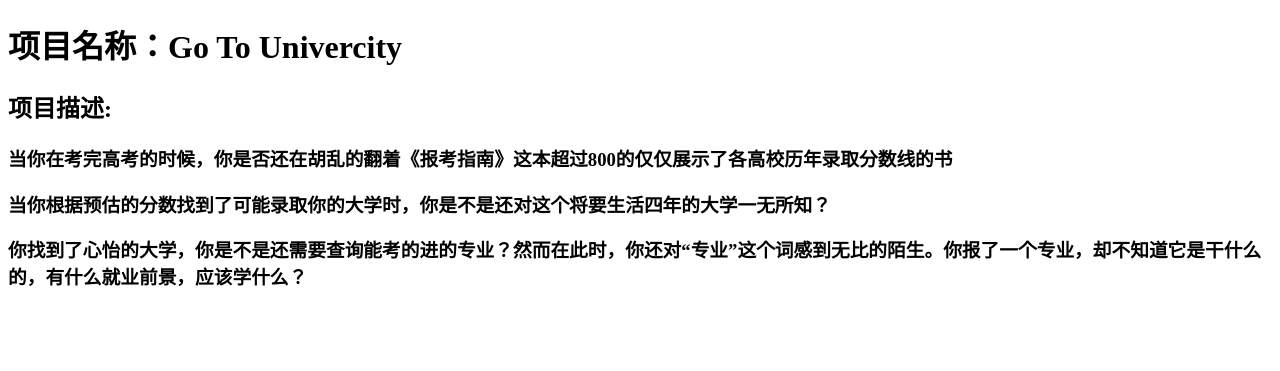
Repository: SUT-GC/GoToUnivercity
Page: http://localhost/GoToUniversity/ideasource/idea.jsp
An editor plug-in stored every save of this project. The page is shown before and after the next save, followed by the edit.
The browser window is 1280 px wide. The pictures show the whole page.
The page is served by Tomcat 9. Nobody is signed in. The application's start-up code is not run.

Above is the page before, as saved 2015-11-16 10:53:26.

After the next save:
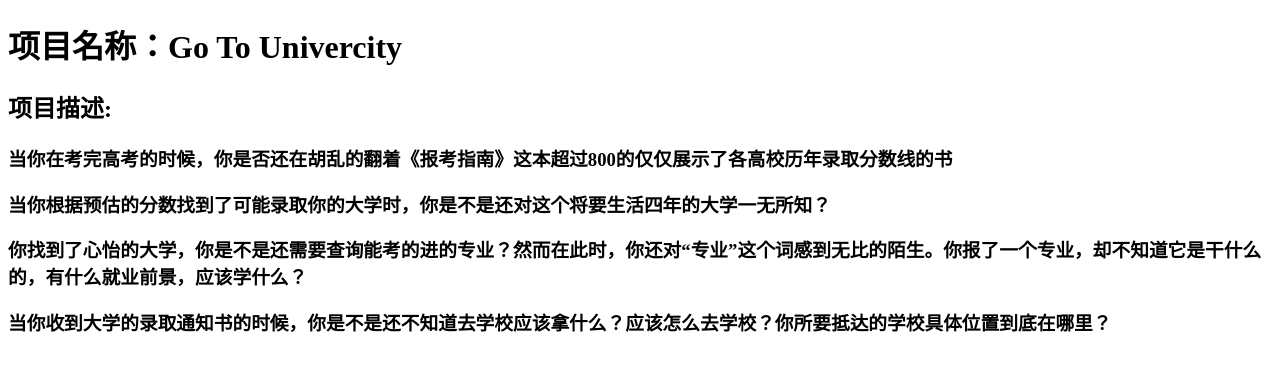
Saved 95 s later.
--- a/GoToUniversity/WebContent/ideasource/idea.jsp
+++ b/GoToUniversity/WebContent/ideasource/idea.jsp
@@ -18,7 +18,7 @@
 					<p>当你在考完高考的时候，你是否还在胡乱的翻着《报考指南》这本超过800的仅仅展示了各高校历年录取分数线的书</p>
 					<p>当你根据预估的分数找到了可能录取你的大学时，你是不是还对这个将要生活四年的大学一无所知？</p>
 					<p>你找到了心怡的大学，你是不是还需要查询能考的进的专业？然而在此时，你还对“专业”这个词感到无比的陌生。你报了一个专业，却不知道它是干什么的，有什么就业前景，应该学什么？</p>
-
+					<p>当你收到大学的录取通知书的时候，你是不是还不知道去学校应该拿什么？应该怎么去学校？你所要抵达的学校具体位置到底在哪里？</p>
 				</h3>
 			</div>
 			<div class="content_body_content">
